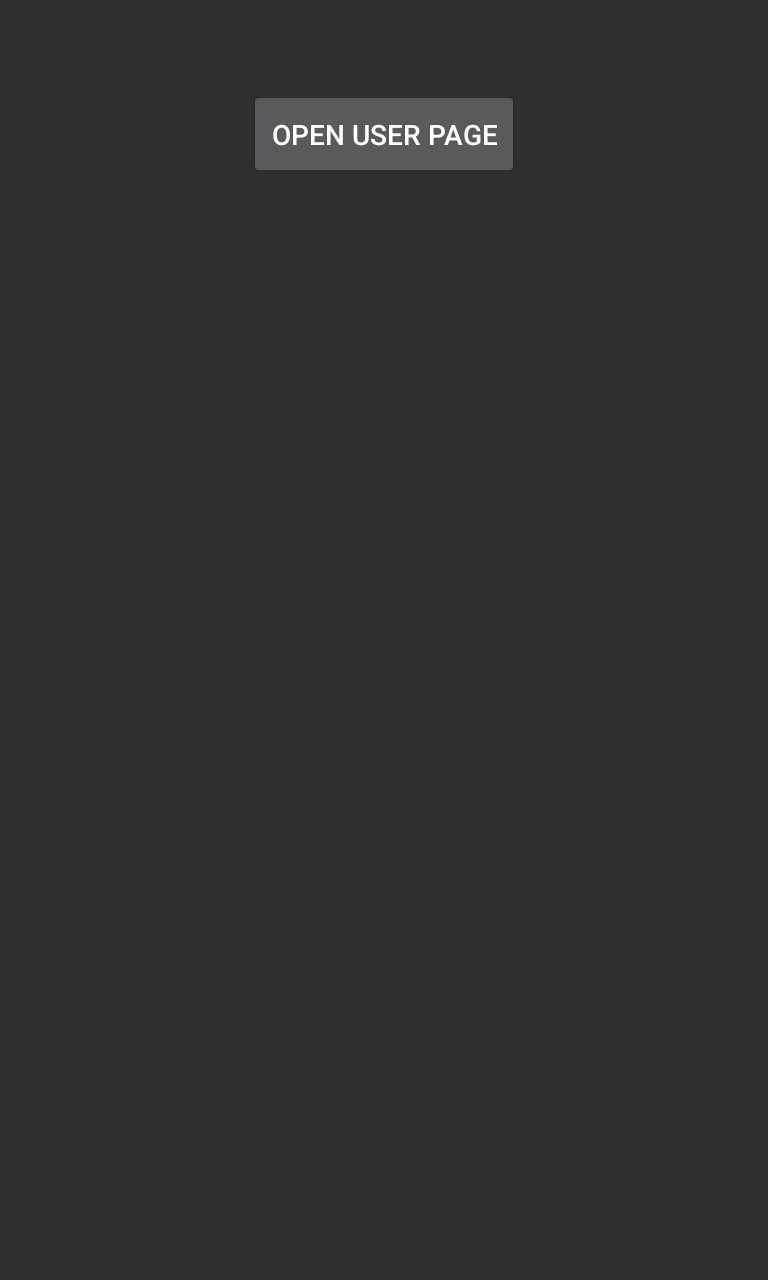
Repository: mberenguerascampi/github_app
Layout: GitHubApp/res/layout/activity_user_detail.xml
These files come from the project's save history. The layout is drawn as it stood at one moment and after the next save; the edit follows.
It is drawn on a 768 x 1280 px phone screen (xhdpi) without system bars, with theme Theme.AppCompat; the app's code is not run.

Above is the layout before, as saved 2014-12-26 11:51:47.

### GitHubApp/res/layout/activity_user_detail.xml
<RelativeLayout xmlns:android="http://schemas.android.com/apk/res/android"
    xmlns:tools="http://schemas.android.com/tools"
    android:layout_width="match_parent"
    android:layout_height="match_parent"
    android:paddingBottom="@dimen/activity_vertical_margin"
    android:paddingLeft="@dimen/activity_horizontal_margin"
    android:paddingRight="@dimen/activity_horizontal_margin"
    android:paddingTop="@dimen/activity_vertical_margin"
    tools:context="mbc.com.githubapp.activities.UserDetailActivity" >

    <TextView
        android:id="@+id/score_textview"
        android:layout_width="wrap_content"
        android:layout_height="wrap_content"
     />

    <Button
        android:id="@+id/open_button"
        android:layout_below="@+id/score_textview"
        android:layout_width="wrap_content"
        android:layout_height="wrap_content"
        android:layout_marginTop="8dip"
        android:text="@string/open_user_page_text"
        android:layout_centerInParent="true"
        android:gravity="center_vertical|center_horizontal"
        />

</RelativeLayout>

### GitHubApp/res/values/strings.xml
<?xml version="1.0" encoding="utf-8"?>
<resources>

    <string name="app_name">GitHubApp</string>
    <string name="title_activity_splash">SplashActivity</string>
    <string name="hello_world">Hello world!</string>
    <string name="action_settings">Settings</string>
    <string name="title_activity_main">Search GitHub Users</string>

    <!-- SPLASH -->
    <string name="splash_text">GitHubApp</string>

    <!-- MAIN ACTIVITY -->
    <string name="search_user_text">User: </string>
    <string name="search_user_hint">Type a user</string>
    <string name="search_button_text">Search</string>
    <string name="title_activity_user_detail">UserDetailActivity</string>

    <!-- USER DETAIL ACTIVITY -->
    <string name="open_user_page_text">Open user page</string>
    <string name="set_favorite_text">Set favorite</string>

</resources>

Loaded but not shown: GitHubApp/res/values/dimens.xml (common file); GitHubApp/res/values-w820dp/dimens.xml (common file)

After the next save:
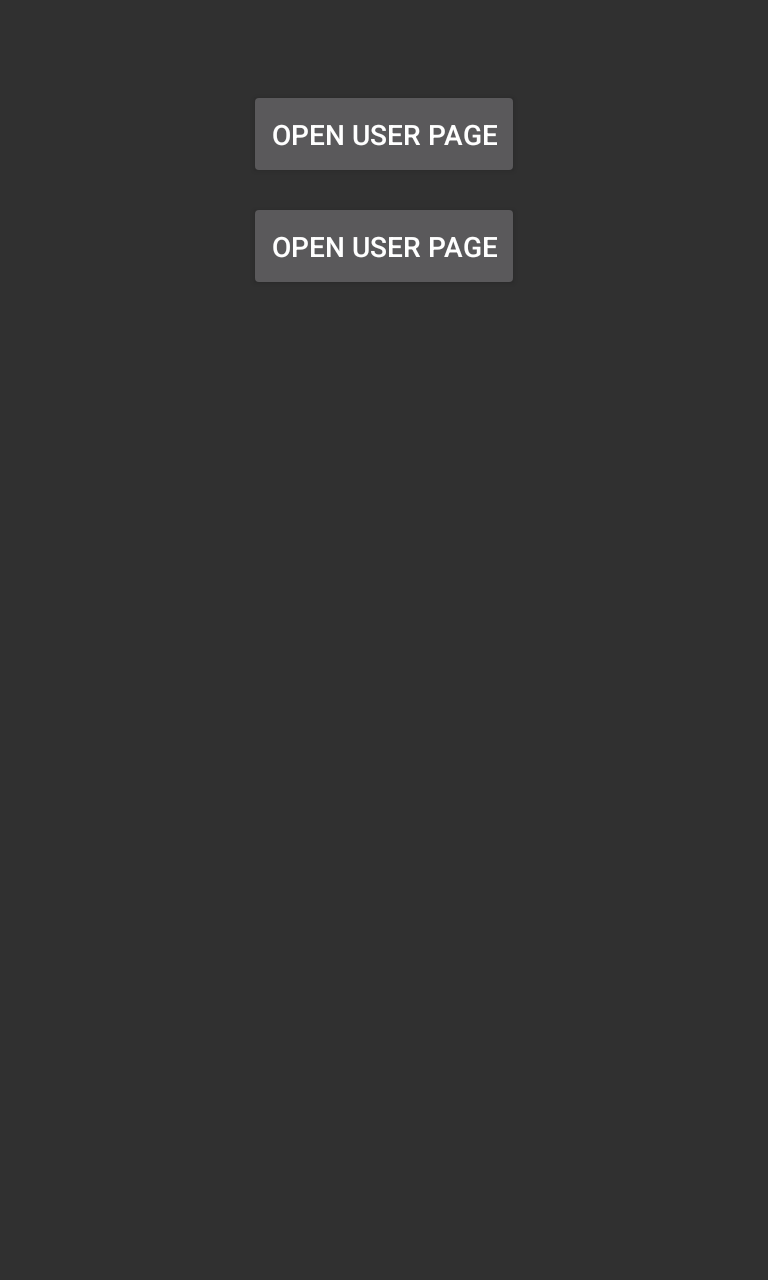
Saved 81 s later.
--- a/GitHubApp/res/layout/activity_user_detail.xml
+++ b/GitHubApp/res/layout/activity_user_detail.xml
@@ -25,4 +25,15 @@
         android:gravity="center_vertical|center_horizontal"
         />
 
+    <Button
+        android:id="@+id/fav_button"
+        android:layout_below="@+id/open_button"
+        android:layout_width="wrap_content"
+        android:layout_height="wrap_content"
+        android:layout_marginTop="8dip"
+        android:text="@string/open_user_page_text"
+        android:layout_centerInParent="true"
+        android:gravity="center_vertical|center_horizontal"
+        />
+
 </RelativeLayout>
